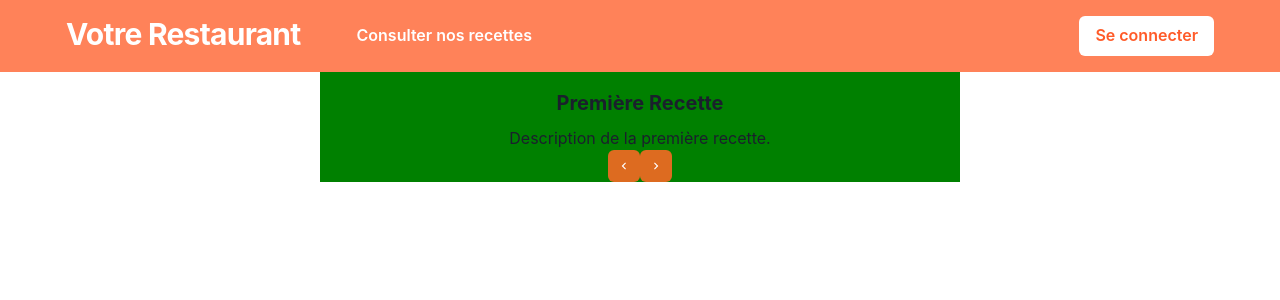
Repository: Ecaron76/tp-restau-next
Page: /
The author's editor kept a copy of each file at every save. The page is drawn from the files as they stood at one save, then again after the next save.
The browser window is 1280 px wide. The pictures show the whole page.
The project was rebuilt for these pictures with package versions that can differ from the ones it lists, and the page was loaded fresh each time. The framework's server and built-in components were replaced by stand-ins that run in the browser. Also part of the build but not shown: next.config.mjs.

Above is the page before, as saved 2024-02-25 18:51:22.

### src/app/layout.tsx
'use client'

import { Inter } from "next/font/google";
import "./globals.css";
import { ChakraProvider, extendTheme  } from '@chakra-ui/react'
import Header from "@/components/Header/Header";
const theme = extendTheme({
  colors: {
    brand: {
      50: '#ffeee6',
      100: '#ffc7b7',
      200: '#ffa788',
      300: '#ff8259',
      400: '#ff5b29',
      500: '#ff3300',
      600: '#cc2900',
      700: '#991f00',
      800: '#661600',
      900: '#330c00',
    },
  },
});



export function Providers({ children }: { children: React.ReactNode }) {
  return <ChakraProvider theme={theme}>{children}</ChakraProvider>
}

export default function RootLayout({
  children,
}: Readonly<{
  children: React.ReactNode;
}>) {
  return (
    <html lang="en">
      <body>
        <Providers>{children}</Providers>
      </body>
    </html>
  );
}

### src/app/page.tsx
"use client"
import Image from "next/image";

import Header from "@/components/Header/Header";
import PageContainer from "@/components/PageContainer/PageContainer";
import SliderResto from "@/components/SliderResto/SliderResto";
import Slider from "react-slick";
import { Box } from "@chakra-ui/react";
const settings = {
  dots: true,
  infinite: true,
  speed: 500,
  slidesToShow: 1,
  slidesToScroll: 1,
};
export default function Home() {
  return (
    <main >
      <Header />
      <PageContainer>
        <SliderResto />
      </PageContainer>
    </main>
  );
}

### src/app/globals.css
:root {
  --max-width: 1100px;
  --border-radius: 12px;
  --font-mono: ui-monospace, Menlo, Monaco, "Cascadia Mono", "Segoe UI Mono",
    "Roboto Mono", "Oxygen Mono", "Ubuntu Monospace", "Source Code Pro",
    "Fira Mono", "Droid Sans Mono", "Courier New", monospace;

  --foreground-rgb: 0, 0, 0;
  --background-start-rgb: 214, 219, 220;
  --background-end-rgb: 255, 255, 255;

  --primary-glow: conic-gradient(
    from 180deg at 50% 50%,
    #16abff33 0deg,
    #0885ff33 55deg,
    #54d6ff33 120deg,
    #0071ff33 160deg,
    transparent 360deg
  );
  --secondary-glow: radial-gradient(
    rgba(255, 255, 255, 1),
    rgba(255, 255, 255, 0)
  );

  --tile-start-rgb: 239, 245, 249;
  --tile-end-rgb: 228, 232, 233;
  --tile-border: conic-gradient(
    #00000080,
    #00000040,
    #00000030,
    #00000020,
    #00000010,
    #00000010,
    #00000080
  );

  --callout-rgb: 238, 240, 241;
  --callout-border-rgb: 172, 175, 176;
  --card-rgb: 180, 185, 188;
  --card-border-rgb: 131, 134, 135;
}

@media (prefers-color-scheme: dark) {
  :root {
    --foreground-rgb: 255, 255, 255;
    --background-start-rgb: 0, 0, 0;
    --background-end-rgb: 0, 0, 0;

    --primary-glow: radial-gradient(rgba(1, 65, 255, 0.4), rgba(1, 65, 255, 0));
    --secondary-glow: linear-gradient(
      to bottom right,
      rgba(1, 65, 255, 0),
      rgba(1, 65, 255, 0),
      rgba(1, 65, 255, 0.3)
    );

    --tile-start-rgb: 2, 13, 46;
    --tile-end-rgb: 2, 5, 19;
    --tile-border: conic-gradient(
      #ffffff80,
      #ffffff40,
      #ffffff30,
      #ffffff20,
      #ffffff10,
      #ffffff10,
      #ffffff80
    );

    --callout-rgb: 20, 20, 20;
    --callout-border-rgb: 108, 108, 108;
    --card-rgb: 100, 100, 100;
    --card-border-rgb: 200, 200, 200;
  }
}

* {
  box-sizing: border-box;
  padding: 0;
  margin: 0;
}

html,
body {

  overflow-x: hidden;
}

body {
  color: rgb(var(--foreground-rgb));
  background: linear-gradient(
      to bottom,
      transparent,
      rgb(var(--background-end-rgb))
    )
    rgb(var(--background-start-rgb));
}

a {
  color: inherit;
  text-decoration: none;
}

@media (prefers-color-scheme: dark) {
  html {
    color-scheme: dark;
  }
}

### src/components/Header/Header.tsx
import { Box, Flex, Heading, Spacer, Button } from '@chakra-ui/react';
import NextLink from 'next/link'; // Pour gérer la navigation entre les pages

const Header = () => {
  return (
    <Box bg="brand.300" p={4} color="white">
      <Flex alignItems="center" maxW="100%" marginLeft={'50px'} marginRight={'50px'} justifyContent='space-between'>
        {/* Logo ou Nom du restaurant */}
        <Box display={'flex'} gap={10}>
        <Heading as="h1" size="lg" letterSpacing="tight">
          <NextLink href="/" passHref>
              Votre Restaurant
          </NextLink>
        </Heading>
        <Box>
          <NextLink href="/recettes" passHref>
            <Button  variant="ghost" color={'white'}>
              Consulter nos recettes
            </Button>
          </NextLink>
        </Box>
        </Box>
        <Box>
          <NextLink href="/login" passHref>
            <Button  variant="ghost" color={'brand.400'} bg={'white'}>
              Se connecter
            </Button>
          </NextLink>
        </Box>
      </Flex>
    </Box>
  );
};

export default Header;

### src/components/PageContainer/PageContainer.tsx
import { Box } from "@chakra-ui/react";

export default function PageContainer({children}: {children: React.ReactNode}) {
    return (
      <Box marginRight={'25%'}marginLeft={'25%'} bg="grey">
        {children}
      </Box>
    )
  }

### src/components/SliderResto/SliderResto.tsx
import { ChevronLeftIcon, ChevronRightIcon } from "@chakra-ui/icons";
import { Box, Button, IconButton, Text } from "@chakra-ui/react";
import { useState } from "react";

export default function SliderResto() {
    const [currentSlide, setCurrentSlide] = useState(0);
    const slides = [
        { id: 1, title: 'Première Recette', description: 'Description de la première recette.' },
        { id: 2, title: 'Deuxième Recette', description: 'Description de la deuxième recette.' },
        { id: 3, title: 'Troisième Recette', description: 'Description de la troisième recette.' },
      ];

      const goToNextSlide = () => {
        setCurrentSlide((prevSlide: number) => (prevSlide + 1) % slides.length);
      };

      const goToPrevSlide = () => {
        setCurrentSlide((prevSlide: number) => (prevSlide - 1 + slides.length) % slides.length);
      };
  return (
    <Box position="relative" textAlign="center" p={4} bg={'green'}>
      <Text fontSize="xl" fontWeight="bold" mb={2}>
        {slides[currentSlide].title}
      </Text>
      <Text fontSize="md" mb={4}>
        {slides[currentSlide].description}
      </Text>
      <Box position="absolute" bottom="0" left="50%" transform="translateX(-50%)">
        <IconButton
          onClick={goToPrevSlide}
          icon={<ChevronLeftIcon />}
          colorScheme="orange"
          size="sm"
          aria-label="Précédent"
        />
        <IconButton
          onClick={goToNextSlide}
          icon={<ChevronRightIcon />}
          colorScheme="orange"
          size="sm"
          aria-label="Suivant"
        />
      </Box>
    </Box>
  );
}

After the next save:
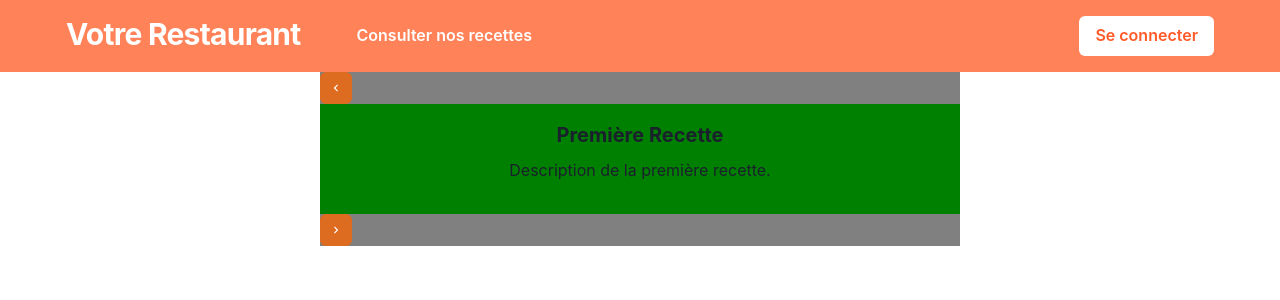
Saved 30 s later.
--- a/src/components/SliderResto/SliderResto.tsx
+++ b/src/components/SliderResto/SliderResto.tsx
@@ -18,6 +18,14 @@ export default function SliderResto() {
         setCurrentSlide((prevSlide: number) => (prevSlide - 1 + slides.length) % slides.length);
       };
   return (
+    <Box>
+        <IconButton
+          onClick={goToPrevSlide}
+          icon={<ChevronLeftIcon />}
+          colorScheme="orange"
+          size="sm"
+          aria-label="Précédent"
+        />
     <Box position="relative" textAlign="center" p={4} bg={'green'}>
       <Text fontSize="xl" fontWeight="bold" mb={2}>
         {slides[currentSlide].title}
@@ -26,21 +34,17 @@ export default function SliderResto() {
         {slides[currentSlide].description}
       </Text>
       <Box position="absolute" bottom="0" left="50%" transform="translateX(-50%)">
-        <IconButton
-          onClick={goToPrevSlide}
-          icon={<ChevronLeftIcon />}
-          colorScheme="orange"
-          size="sm"
-          aria-label="Précédent"
-        />
-        <IconButton
+
+
+      </Box>
+    </Box>
+    <IconButton
           onClick={goToNextSlide}
           icon={<ChevronRightIcon />}
           colorScheme="orange"
           size="sm"
           aria-label="Suivant"
         />
-      </Box>
     </Box>
   );
 }
